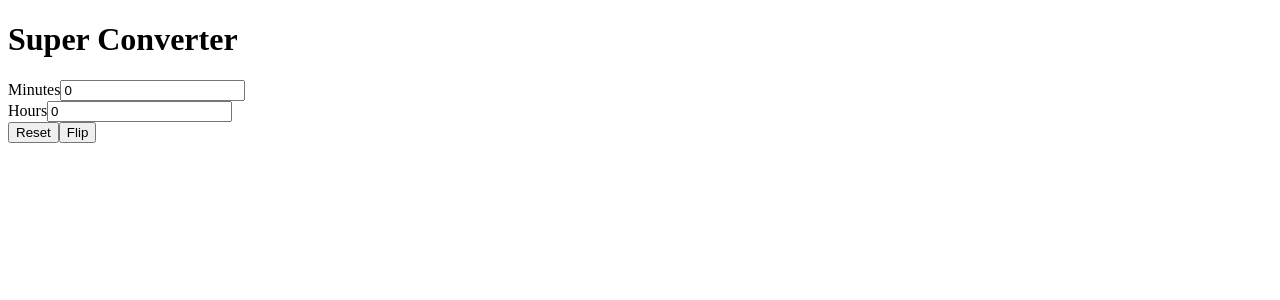
Repository: Leeminsu67/react-principle-study
Page: converter.html
The author's editor kept a copy of each file at every save. The page is drawn from the files as they stood at one save, then again after the next save.
The browser window is 1280 px wide. The pictures show the whole page.

Above is the page before, as saved 2024-07-31 23:41:32.

After the next save:
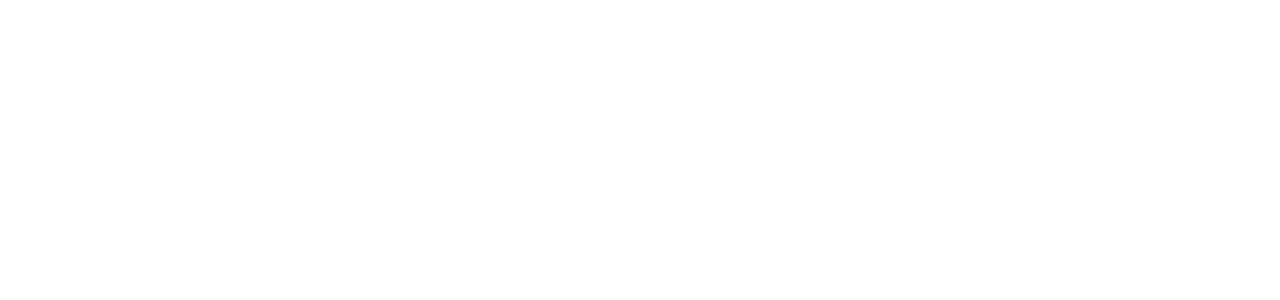
Console error: ReferenceError: flase is not defined
Saved 30 s later.
--- a/converter.html
+++ b/converter.html
@@ -38,7 +38,7 @@
               id="hours"
               type="number"
               placeholder="Hours"
-              disabled={flipped}
+              disabled={flipped === flase}
             />
           </div>
           <button onClick={reset}>Reset</button>

After the save that followed:
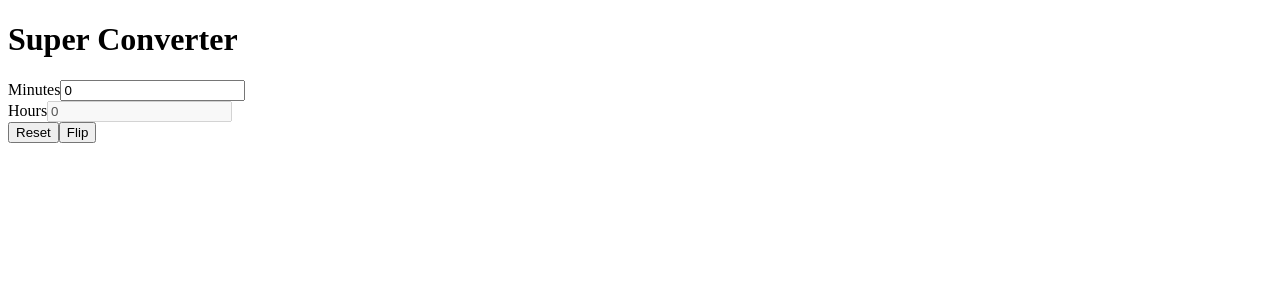
The error is gone.
Saved 38 s later.
--- a/converter.html
+++ b/converter.html
@@ -38,7 +38,7 @@
               id="hours"
               type="number"
               placeholder="Hours"
-              disabled={flipped === flase}
+              disabled={flipped === false}
             />
           </div>
           <button onClick={reset}>Reset</button>
